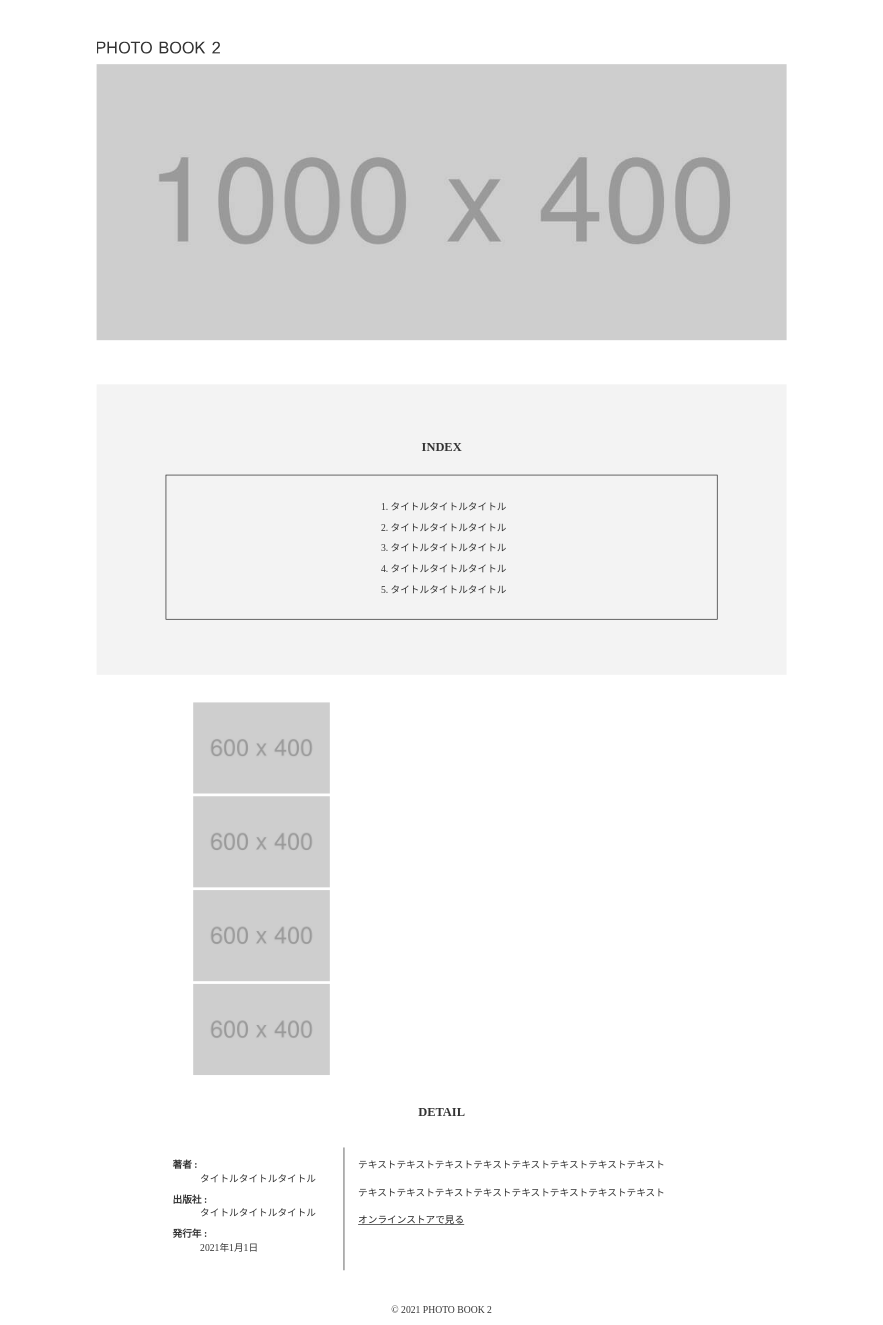
Repository: Fuki-san/photo-book-2
Page: http://localhost/photobook
An editor plug-in stored every save of this project. The page is shown before and after the next save, followed by the edit.
The browser window is 1280 px wide. The pictures show the whole page, at 69% of full size.
The page is served by the project's Laravel application, run on PHP 8.4 with Laravel 10. Other server files are loaded and not shown.

Above is the page before, as saved 2023-12-01 12:38:49.

### routes/web.php
<?php

use Illuminate\Support\Facades\Route;

/*
|--------------------------------------------------------------------------
| Web Routes
|--------------------------------------------------------------------------
|
| Here is where you can register web routes for your application. These
| routes are loaded by the RouteServiceProvider and all of them will
| be assigned to the "web" middleware group. Make something great!
|
*/

Route::get('/', function () {
    return view('welcome');
});

Route::get('photobook', function() {
    return view('photobook');
})->name('photobook');

### resources/views/photobook.blade.php
@extends('layouts.main')

@section('title', 'photobook')

@section('content')
    <div class="container">
        <header id="header">
            <h1 class="site-title"><a href="#"><img src="img/logo.svg" alt=""></a></h1>
        </header>

        <main>

            <div id="mainvisual">
                <img src="img/mainvisual.jpg" alt="">
            </div>

            <section id="index">
                <div class="inner">
                    <h2 class="sec-title">INDEX</h2>
                    <div class="index-inner">
                        <ol class="index-list">
                            <li>タイトルタイトルタイトル</li>
                            <li>タイトルタイトルタイトル</li>
                            <li>タイトルタイトルタイトル</li>
                            <li>タイトルタイトルタイトル</li>
                            <li>タイトルタイトルタイトル</li>
                        </ol>
                    </div>
                </div>
            </section>

                <div class="inner">
                    <ul class="list">
                        <li><img src="img/photo1.jpg" alt=""></li>
                        <li><img src="img/photo2.jpg" alt=""></li>
                        <li><img src="img/photo3.jpg" alt=""></li>
                        <li><img src="img/photo4.jpg" alt=""></li>
                    </ul>
                </div>

            <section id="detail">
                <div class="inner">
                    <h2 class="sec-title">DETAIL</h2>
                    <div class="flex">
                        <dl>
                            <dt>著者 : </dt>
                            <dd>タイトルタイトルタイトル</dd>
                            <dt>出版社 : </dt>
                            <dd>タイトルタイトルタイトル</dd>
                            <dt>発行年 : </dt>
                            <dd>2021年1月1日</dd>
                        </dl>
                        <div class="text">
                            <p>テキストテキストテキストテキストテキストテキストテキストテキスト</p>
                            <p>テキストテキストテキストテキストテキストテキストテキストテキスト</p>
                            <a href="#" class="link" target="_blank" rel="noopener noreferrer">オンラインストアで見る</a>
                        </div>
                    </div>
                </div>
            </section>
        </main>

        <footer id="footer">
            <p>&copy; 2021 PHOTO BOOK 2</p>
        </footer>

    </div>
@endsection

### resources/views/layouts/main.blade.php
<!DOCTYPE html>
<html lang="ja">
<head>
    <meta charset="UTF-8">
    <meta name="viewport" content="width=device-width, initial-scale=1.0">
    <meta http-equiv="X-UA-Compatible" content="ie=edge">
    <link rel="stylesheet" href="{{ asset('css/reset.css') }}">
    <link rel="stylesheet" href="{{ asset('css/style.css') }}">
    <link rel="icon" href="img/favicon.ico">
    <title>@yield('title')</title>
</head>
<body>
    @yield('content')
</body>
</html>

### public/css/style.css
@charset "utf-8";

html{
    font-size: 100%;
}
body{
    color: #333;
    font-size: 0.875rem;
}
img{
    max-width: 100%;
}
ul{
    list-style: none;
}
.container{
    max-width: 1000px;
    margin: 0 auto;
}
.inner{
    margin: 0 auto;
    max-width: 800px;
}
.sec-title{
    text-align: center;
    font-weight: bold;
    font-size: 1.125rem;
    margin-bottom: 30px;
}

/* header */
#header{
    /* margin: 60px 0 10px 0; */
    margin-top: 60px;
}
#header .site-title{
    width: 180px;
    line-height: 1px;
    margin-bottom: 15px;
}
#header .site-title a{
    display: block;
}
#mainvisual{
    margin-bottom: 60px;
}
/* indexx */
.inner{

    margin: 40px auto 40px auto;
}
#index{
    background-color: #f3f3f3;
    padding: 40px;
    margin-bottom: ;
}

#index .index-list{
    margin-left: 20px;
    justify-content: center;
    padding: 20px 40px;
}
#index .index-list li{
    margin-bottom: 10px;
}
#index .index-list li:last-child{
    margin-bottom: 0;
}
#index .index-inner{
    border: solid 1px #242424;
    display: flex;
    justify-content: center;
}

.list{
    display: flex;
    flex-wrap: wrap;
}
.list img{
    width: 33%;
}

/* detaill */
.flex{
    display: flex;
    padding: 10px;
    margin-bottom: 30px;
}
.text{
    border-left: solid 1px #242424;
    padding-left: 20px;
}
.text a{
    color: #242424;
}
.text a:hover{
    opacity: 0.7;
}
.text p{
    margin-bottom: 20px;
}
#detail dt{
    font-weight: bold;
}
#detail dd{
    margin-bottom: 10px;

}
#detail dl{
    padding-right: 40px;
}

/* footerrr */
#footer{
    text-align: center;
}

### public/img/logo.svg
<?xml version="1.0" encoding="utf-8"?>
<!-- Generator: Adobe Illustrator 15.1.0, SVG Export Plug-In . SVG Version: 6.00 Build 0)  -->
<!DOCTYPE svg PUBLIC "-//W3C//DTD SVG 1.1//EN" "http://www.w3.org/Graphics/SVG/1.1/DTD/svg11.dtd">
<svg version="1.1" id="レイヤー_1" xmlns="http://www.w3.org/2000/svg" xmlns:xlink="http://www.w3.org/1999/xlink" x="0px"
	 y="0px" width="1600px" height="156px" viewBox="0 0 1600 156" enable-background="new 0 0 1600 156" xml:space="preserve">
<g>
	<path fill="#333333" d="M0,152.092V2.65h56.373c9.92,0,17.498,0.477,22.731,1.428c7.34,1.223,13.49,3.552,18.451,6.982
		c4.96,3.433,8.953,8.241,11.978,14.425c3.022,6.185,4.536,12.98,4.536,20.387c0,12.709-4.043,23.463-12.129,32.264
		c-8.09,8.802-22.699,13.202-43.834,13.202h-38.33v60.754H0z M19.775,73.702h38.636c12.775,0,21.847-2.379,27.217-7.136
		c5.369-4.757,8.053-11.451,8.053-20.082c0-6.252-1.581-11.604-4.741-16.056c-3.16-4.45-7.324-7.391-12.487-8.817
		c-3.33-0.883-9.481-1.325-18.452-1.325H19.775V73.702z"/>
	<path fill="#333333" d="M139.859,152.092V2.65h19.776v61.367h77.677V2.65h19.775v149.441h-19.775V81.652h-77.677v70.439H139.859z"
		/>
	<path fill="#333333" d="M288.174,79.309c0-24.805,6.66-44.224,19.98-58.258C321.473,7.019,338.667,0,359.735,0
		c13.795,0,26.232,3.298,37.309,9.889c11.076,6.593,19.521,15.784,25.332,27.574c5.811,11.791,8.716,25.163,8.716,40.112
		c0,15.155-3.059,28.713-9.175,40.674c-6.116,11.961-14.781,21.016-25.993,27.166c-11.214,6.15-23.311,9.226-36.291,9.226
		c-14.067,0-26.641-3.398-37.717-10.194c-11.079-6.794-19.471-16.071-25.179-27.829C291.029,104.86,288.174,92.425,288.174,79.309z
		 M308.562,79.614c0,18.01,4.843,32.197,14.527,42.559c9.684,10.364,21.831,15.546,36.442,15.546
		c14.884,0,27.131-5.231,36.75-15.699c9.615-10.464,14.423-25.313,14.423-44.546c0-12.165-2.057-22.784-6.167-31.856
		c-4.112-9.071-10.126-16.106-18.043-21.101c-7.917-4.995-16.804-7.493-26.656-7.493c-14,0-26.046,4.81-36.137,14.425
		C313.608,41.065,308.562,57.121,308.562,79.614z"/>
	<path fill="#333333" d="M490.425,152.092V20.286h-49.237V2.65h118.451v17.636h-49.439v131.806H490.425z"/>
	<path fill="#333333" d="M570.14,79.309c0-24.805,6.658-44.224,19.979-58.258C603.438,7.019,620.632,0,641.7,0
		c13.794,0,26.23,3.298,37.309,9.889c11.076,6.593,19.522,15.784,25.331,27.574c5.813,11.791,8.717,25.163,8.717,40.112
		c0,15.155-3.059,28.713-9.176,40.674c-6.114,11.961-14.779,21.016-25.992,27.166s-23.311,9.226-36.291,9.226
		c-14.068,0-26.641-3.398-37.717-10.194c-11.078-6.794-19.47-16.071-25.179-27.829C572.994,104.86,570.14,92.425,570.14,79.309z
		 M590.526,79.614c0,18.01,4.843,32.197,14.527,42.559c9.685,10.364,21.83,15.546,36.442,15.546
		c14.883,0,27.132-5.231,36.748-15.699c9.615-10.464,14.424-25.313,14.424-44.546c0-12.165-2.057-22.784-6.166-31.856
		c-4.113-9.071-10.127-16.106-18.043-21.101c-7.918-4.995-16.804-7.493-26.658-7.493c-14,0-26.044,4.81-36.136,14.425
		C595.572,41.065,590.526,57.121,590.526,79.614z"/>
	<path fill="#333333" d="M812.43,152.092V2.65h56.066c11.416,0,20.573,1.514,27.472,4.537c6.896,3.024,12.3,7.68,16.209,13.966
		c3.907,6.286,5.861,12.861,5.861,19.724c0,6.39-1.732,12.404-5.198,18.044c-3.467,5.641-8.7,10.193-15.7,13.659
		c9.039,2.65,15.987,7.172,20.848,13.558c4.857,6.389,7.289,13.933,7.289,22.631c0,7-1.479,13.506-4.435,19.521
		c-2.957,6.016-6.612,10.652-10.958,13.915c-4.352,3.261-9.806,5.726-16.363,7.391c-6.558,1.666-14.593,2.497-24.106,2.497H812.43z
		 M832.206,65.444h32.313c8.768,0,15.053-0.576,18.859-1.733c5.027-1.493,8.818-3.975,11.366-7.439
		c2.548-3.468,3.822-7.815,3.822-13.049c0-4.961-1.188-9.328-3.567-13.099c-2.38-3.773-5.776-6.354-10.192-7.748
		c-4.419-1.393-11.997-2.09-22.733-2.09h-29.868V65.444z M832.206,134.457h37.208c6.386,0,10.872-0.237,13.455-0.715
		c4.552-0.814,8.358-2.173,11.417-4.077c3.058-1.901,5.571-4.672,7.544-8.308c1.971-3.634,2.956-7.832,2.956-12.589
		c0-5.571-1.428-10.414-4.281-14.526c-2.854-4.111-6.814-6.999-11.876-8.665c-5.063-1.664-12.354-2.497-21.865-2.497h-34.558
		V134.457z"/>
	<path fill="#333333" d="M946.479,79.309c0-24.805,6.659-44.224,19.979-58.258C979.776,7.019,996.972,0,1018.039,0
		c13.794,0,26.23,3.298,37.309,9.889c11.077,6.593,19.521,15.784,25.331,27.574c5.812,11.791,8.717,25.163,8.717,40.112
		c0,15.155-3.058,28.713-9.175,40.674s-14.781,21.016-25.994,27.166s-23.311,9.226-36.29,9.226
		c-14.068,0-26.641-3.398-37.717-10.194c-11.078-6.794-19.47-16.071-25.18-27.829C949.332,104.86,946.479,92.425,946.479,79.309z
		 M966.865,79.614c0,18.01,4.842,32.197,14.526,42.559c9.685,10.364,21.83,15.546,36.442,15.546
		c14.884,0,27.133-5.231,36.749-15.699c9.615-10.464,14.424-25.313,14.424-44.546c0-12.165-2.057-22.784-6.166-31.856
		c-4.113-9.071-10.127-16.106-18.044-21.101c-7.917-4.995-16.803-7.493-26.657-7.493c-14.001,0-26.044,4.81-36.136,14.425
		C971.91,41.065,966.865,57.121,966.865,79.614z"/>
	<path fill="#333333" d="M1108.865,79.309c0-24.805,6.66-44.224,19.979-58.258C1142.163,7.019,1159.357,0,1180.426,0
		c13.794,0,26.23,3.298,37.31,9.889c11.076,6.593,19.521,15.784,25.332,27.574c5.811,11.791,8.715,25.163,8.715,40.112
		c0,15.155-3.059,28.713-9.175,40.674c-6.115,11.961-14.779,21.016-25.993,27.166s-23.312,9.226-36.29,9.226
		c-14.068,0-26.642-3.398-37.719-10.194c-11.078-6.794-19.469-16.071-25.177-27.829
		C1111.719,104.86,1108.865,92.425,1108.865,79.309z M1129.254,79.614c0,18.01,4.842,32.197,14.525,42.559
		c9.684,10.364,21.831,15.546,36.442,15.546c14.882,0,27.131-5.231,36.749-15.699c9.615-10.464,14.424-25.313,14.424-44.546
		c0-12.165-2.057-22.784-6.167-31.856c-4.113-9.071-10.127-16.106-18.043-21.101c-7.917-4.995-16.804-7.493-26.658-7.493
		c-13.999,0-26.044,4.81-36.135,14.425C1134.298,41.065,1129.254,57.121,1129.254,79.614z"/>
	<path fill="#333333" d="M1276.45,152.092V2.65h19.776V76.76l74.211-74.109h26.81l-62.691,60.552l65.444,88.89h-26.096
		l-53.213-75.638l-24.465,23.854v51.784H1276.45z"/>
</g>
<path fill="#333333" d="M1588.863,134.712v17.636h-98.777c-0.138-4.417,0.575-8.665,2.14-12.743
	c2.514-6.728,6.54-13.354,12.079-19.878c5.539-6.523,13.541-14.067,24.008-22.63c16.242-13.319,27.218-23.87,32.926-31.652
	c5.709-7.78,8.563-15.138,8.563-22.069c0-7.271-2.601-13.405-7.799-18.4c-5.199-4.995-11.978-7.492-20.337-7.492
	c-8.835,0-15.902,2.65-21.203,7.951s-7.986,12.641-8.053,22.019l-18.859-1.937c1.29-14.067,6.149-24.787,14.577-32.162
	c8.427-7.373,19.741-11.061,33.946-11.061c14.338,0,25.688,3.976,34.048,11.927c8.358,7.951,12.538,17.807,12.538,29.563
	c0,5.981-1.224,11.86-3.67,17.636c-2.446,5.776-6.508,11.86-12.182,18.247c-5.676,6.389-15.104,15.155-28.288,26.3
	c-11.009,9.243-18.078,15.513-21.203,18.808c-3.127,3.298-5.708,6.61-7.747,9.939H1588.863z"/>
</svg>

After the next save:
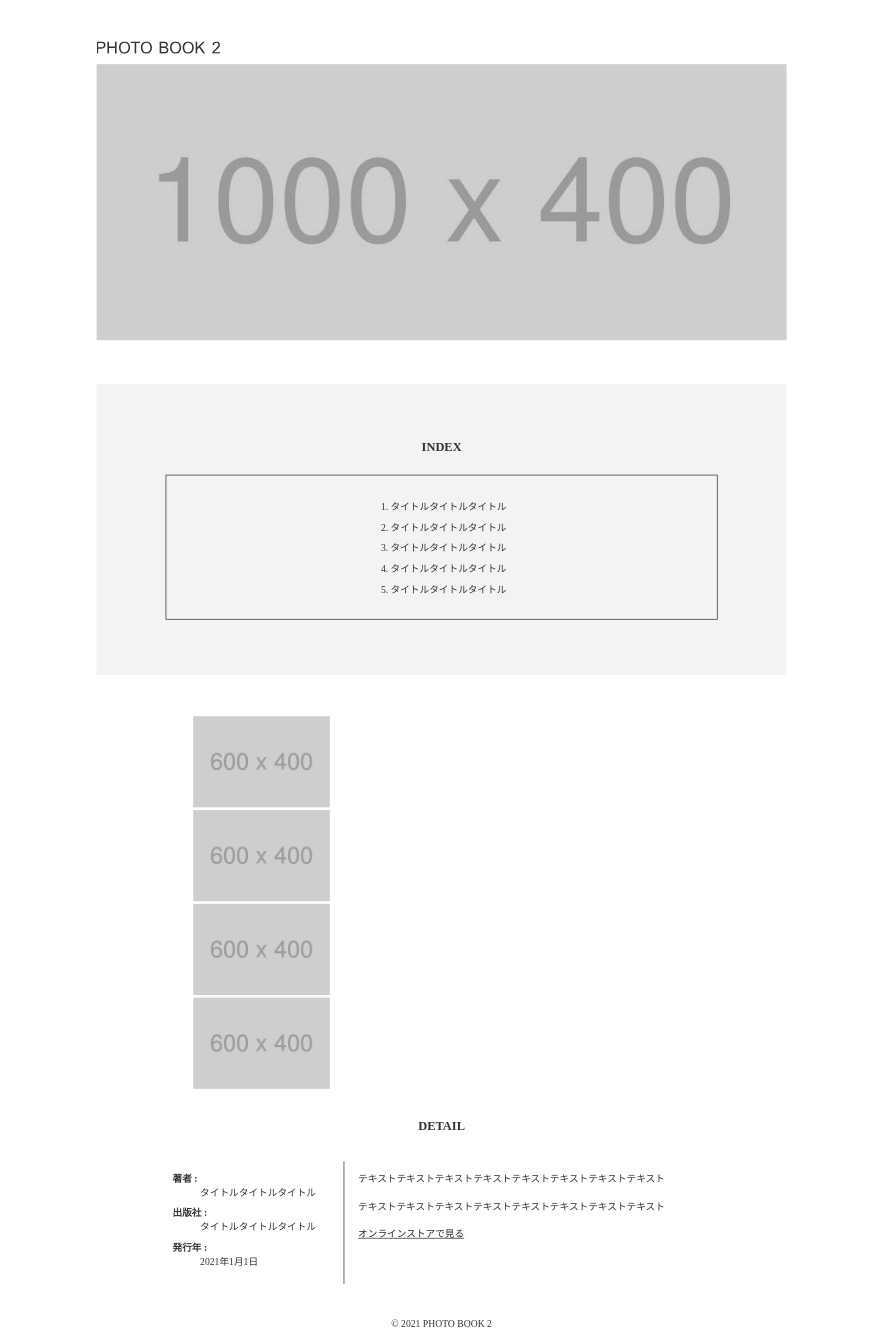
Saved 4 s later.
--- a/public/css/style.css
+++ b/public/css/style.css
@@ -52,7 +52,7 @@ ul{
 #index{
     background-color: #f3f3f3;
     padding: 40px;
-    margin-bottom: ;
+    margin-bottom: 60px;
 }
 
 #index .index-list{
